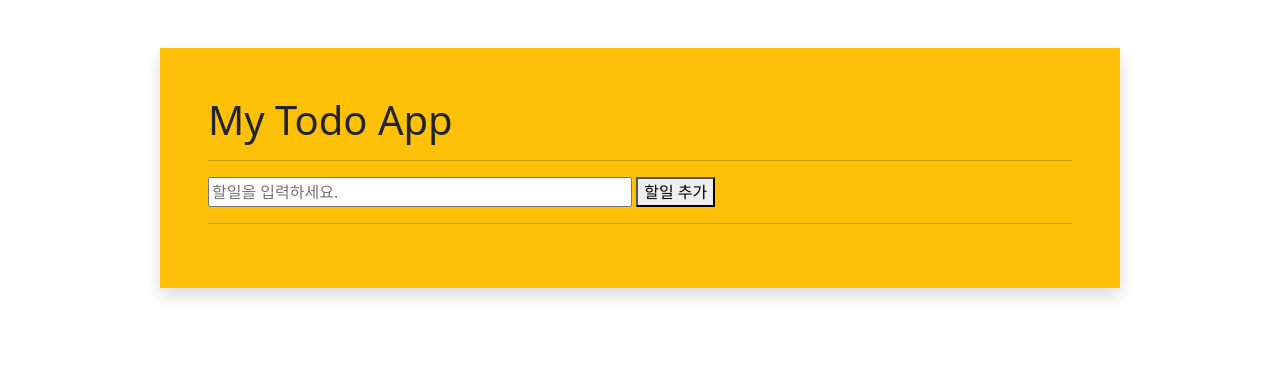
Repository: ineble/demo1
Page: http://localhost/test/todo.jsp
The author's editor kept a copy of each file at every save. The page is drawn from the files as they stood at one save, then again after the next save.
The browser window is 1280 px wide. The pictures show the whole page.
The page is served by Tomcat 10.

Above is the page before, as saved 2022-08-03 12:57:17.

After the next save:
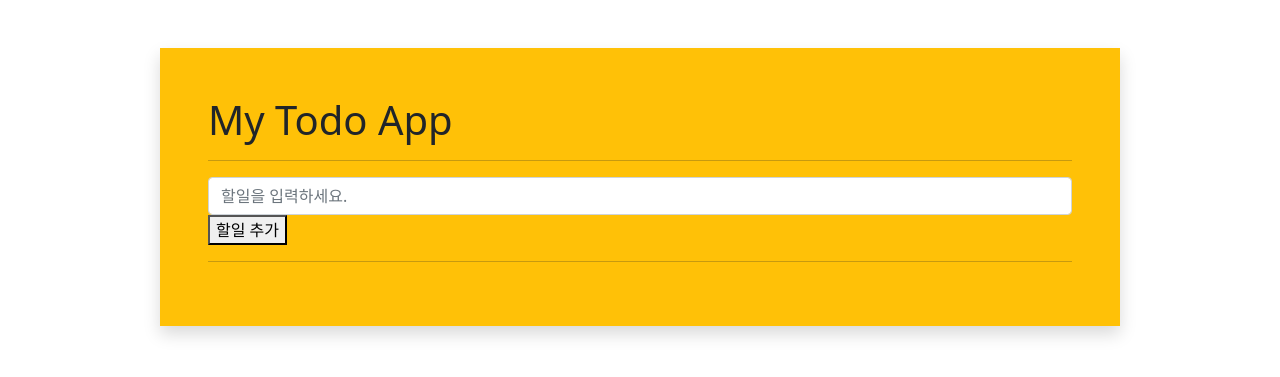
Saved 6 min 59 s later.
--- a/test/src/main/webapp/todo.jsp
+++ b/test/src/main/webapp/todo.jsp
@@ -7,12 +7,24 @@
 <title>Insert title here</title>
 <link href="https://cdn.jsdelivr.net/npm/bootstrap@5.0.2/dist/css/bootstrap.min.css" rel="stylesheet" integrity="sha384-EVSTQN3/azprG1Anm3QDgpJLIm9Nao0Yz1ztcQTwFspd3yD65VohhpuuCOmLASjC" crossorigin="anonymous">
 </head>
+<script type="text/javascript">
+	function add() {
+		let todo = document.div.name.value;
+		let list = document.getElemenById("todolist");
+		let listitem = document.createElement("li")
+		listitem.className = "d-flex list-group-item list-group-item-action list-group-item-warning";
+		listitem.innerText = todo.value;
+		list.appendChild(listitem);
+		todo.value= "";
+		todo.focus();
+	}
+</script>
 <body>
 	<div class="container bg-warning shadow mx-auto mt-5 p-5 w-75">
 	<h1>My Todo App</h1>
 	<hr>
 	<div id="todoForm">
-	<input type="text" placeholder="할일을 입력하세요." size="40" name="todo">
+	<input type="text" placeholder="할일을 입력하세요." class="form-control" name="todo">
 	<button type="button" onclick="add()">할일 추가</button>
 	</div>
 	<hr>
